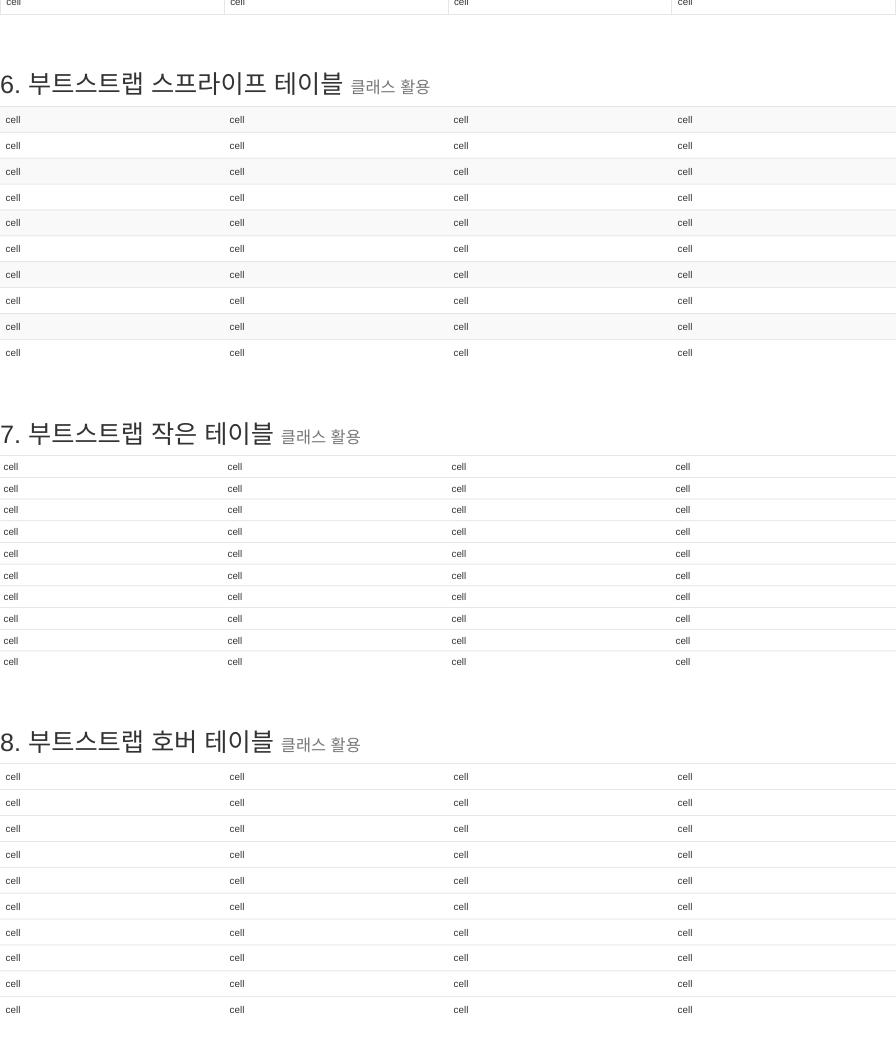
Repository: abbyinkr/BootstrapStudy
Page: BootStrapWork/WebContent/BootEx02.html
An editor plug-in stored every save of this project. The page is shown before and after the next save, followed by the edit.
The browser window is 1280 px wide. The pictures show the part of the page from y = 2048 to 3968 px (the page is 3529 px tall before and 3968 px after), at 70% of full size.

Above is the page before, as saved 2021-07-01 03:41:07.

After the next save:
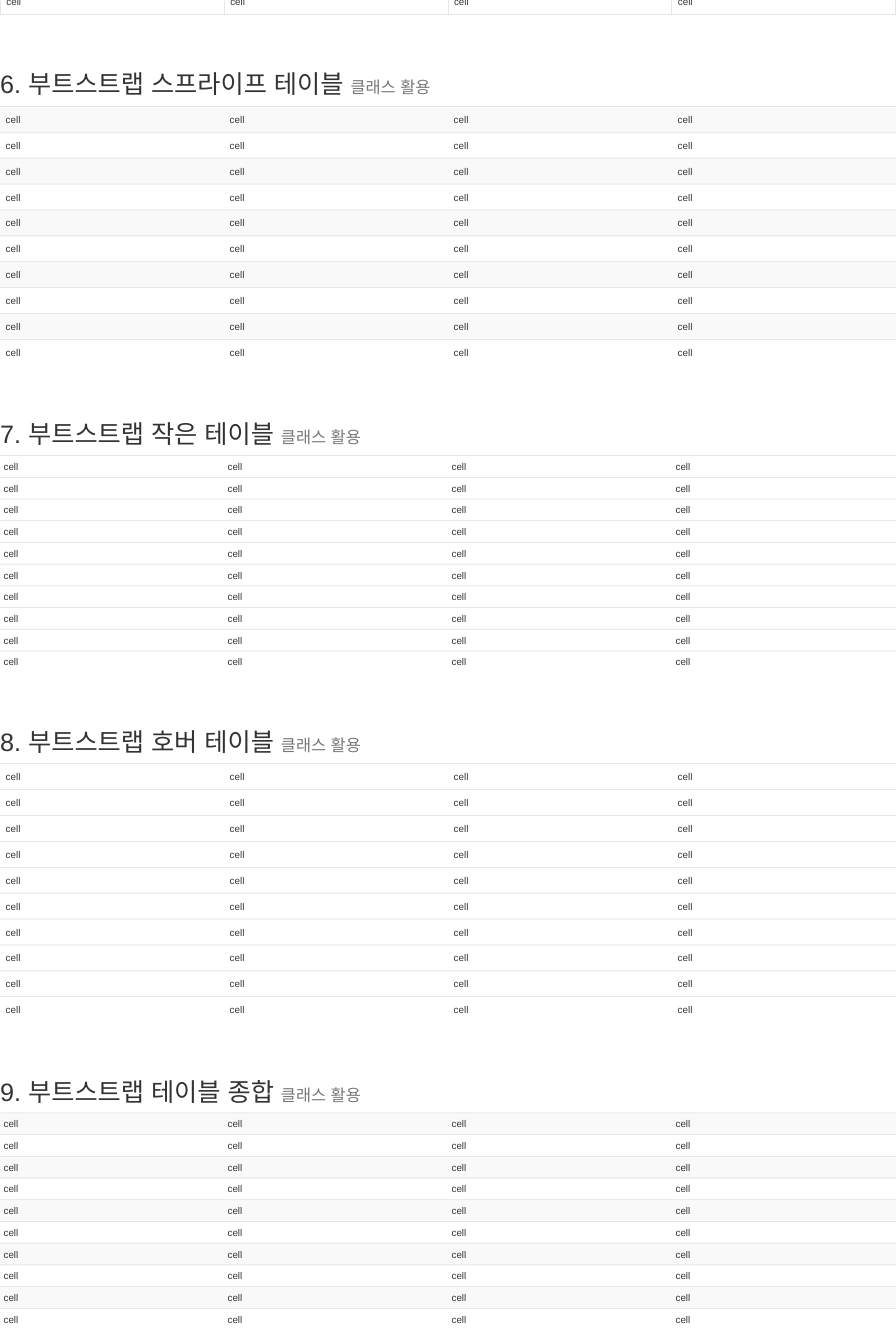
Saved 89 s later.
--- a/BootStrapWork/WebContent/BootEx02.html
+++ b/BootStrapWork/WebContent/BootEx02.html
@@ -569,6 +569,73 @@
 	</tr>
 </table>
 
+<br /><br />
+
+<h1>9. 부트스트랩 테이블 종합 <small>클래스 활용</small> </h1>
+
+<table class="table table-hover table-striped table-condensed">
+	<tr>
+		<td>cell</td>
+		<td>cell</td>
+		<td>cell</td>
+		<td>cell</td>
+	</tr>
+	<tr>
+		<td>cell</td>
+		<td>cell</td>
+		<td>cell</td>
+		<td>cell</td>
+	</tr>
+	<tr>
+		<td>cell</td>
+		<td>cell</td>
+		<td>cell</td>
+		<td>cell</td>
+	</tr>
+	<tr>
+		<td>cell</td>
+		<td>cell</td>
+		<td>cell</td>
+		<td>cell</td>
+	</tr>
+	<tr>
+		<td>cell</td>
+		<td>cell</td>
+		<td>cell</td>
+		<td>cell</td>
+	</tr>
+	<tr>
+		<td>cell</td>
+		<td>cell</td>
+		<td>cell</td>
+		<td>cell</td>
+	</tr>
+	<tr>
+		<td>cell</td>
+		<td>cell</td>
+		<td>cell</td>
+		<td>cell</td>
+	</tr>
+	<tr>
+		<td>cell</td>
+		<td>cell</td>
+		<td>cell</td>
+		<td>cell</td>
+	</tr>
+	<tr>
+		<td>cell</td>
+		<td>cell</td>
+		<td>cell</td>
+		<td>cell</td>
+	</tr>
+	<tr>
+		<td>cell</td>
+		<td>cell</td>
+		<td>cell</td>
+		<td>cell</td>
+	</tr>
+</table>
+
 
 
 
